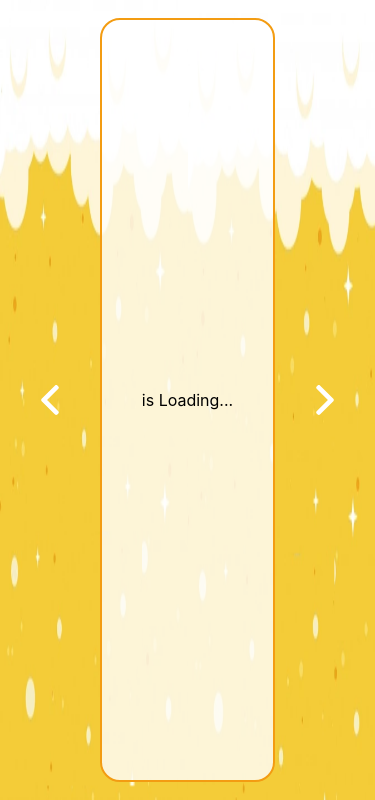
Repository: SebastianArmata22/Beer-app
Page: /
The author's editor kept a copy of each file at every save. The page is drawn from the files as they stood at one save, then again after the next save.
The browser window is 375 px wide. The pictures show the whole page.
The page's requests for data from a server got no answer. The project was rebuilt for these pictures with package versions that can differ from the ones it lists, and the page was loaded fresh each time. No one was signed in, and anything a server would have sent is missing. Also part of the build but not shown: src/Card.js.

Above is the page before, as saved 2021-01-05 23:00:43.

### src/App.js
import './App.css';
import Card from './Card.js'
import React from 'react'
import rigtArrow from'./right-arrow.svg'
import leftArrow from'./left-arrow.svg'


class App extends React.Component {

  constructor(props){
    super(props);
    this.state={
      isLoaded:false,
      data:[],
      isNext:true
    }
    this.counter=1
    this.nextBeer=this.nextBeer.bind(this)
    this.previousBeer=this.previousBeer.bind(this)
  }
  getUrl(){
   return `https://api.punkapi.com/v2/beers/${this.counter}`
  }
  getDateFromApi(url){
    fetch(url)
    .then(response=>response.json())
    .then(dataApi=>this.setState({
      isLoaded: true,
      data: dataApi}))
  }
  nextBeer(){
    this.setState({isLoaded: false})
    this.counter<325 && this.counter++
    this.getDateFromApi(this.getUrl())
    this.setState({isNext:true})
  }
 previousBeer(){
    this.setState({isLoaded: false})
    this.counter>1 && this.counter--
    this.getDateFromApi(this.getUrl());
    this.setState({isNext:false})
  }
  componentDidMount(){
    this.getDateFromApi(this.getUrl());
  }
  render(){
    return(
        <div className="app-container">
        <img className="svg-button" onClick={this.previousBeer} src={leftArrow} alt="previous" height='100px'/>
        {this.state.isLoaded ? <Card item={this.state.data} isNext={this.state.isNext} /> : <div className="card load-div">is Loading...</div>}
        <img className="svg-button" onClick={this.nextBeer} src={rigtArrow} alt="next" height='100px' />
        </div>

    )
  }
}

export default App;

### src/App.css
.app-container{
  width: 100%;
  min-height: 100vh;
  display: flex;
  justify-content: center;
  align-items: center;
}

.svg-button{
  cursor: pointer;
}

@media only screen and (max-width: 600px) {
  .svg-button{
    transform: scale(0.3);
  }

}

### src/Card.css
*{
    margin: 0;
    padding: 0;

}
body{
    background-image: url('./background.png');
    background-repeat: no-repeat;
    background-size: 100% 100%;
}
.card {
border: 2px solid #f39c12;
border-radius: 20px;
max-width: 700px;
display: flex;
flex-direction: column;
min-height: 90vh;
padding: 20px;
background-color: rgba(255, 255, 255,0.8);
}
.card h2{
    color: #f39c12;
}

.photo-beer{
    height: 50vh;
}
.photo-card{
    display: flex;
    align-items: center;
    flex-direction: column;

}

.load-div{
    display: flex;
     justify-content: center;
     align-items: center;
}

.text-card{
    position: relative;
    text-align: left;
}

@media only screen and (max-width: 600px) {
    .card{
        flex-grow: 4;
    }

}

Loaded but not shown: public/index.html (common file); src/index.js (common file); src/index.css (common file)

After the next save:
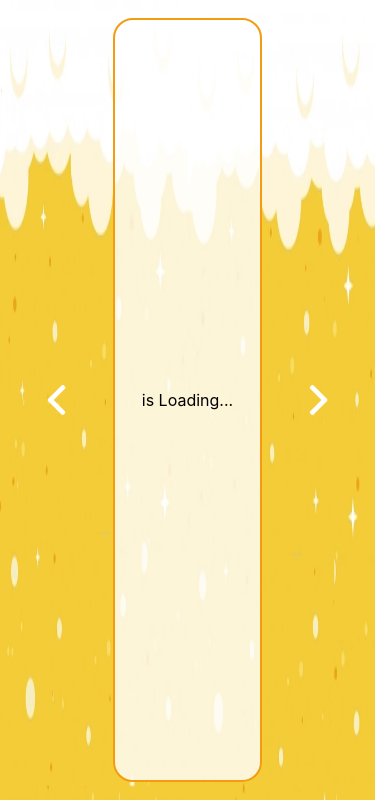
Saved 2 min 42 s later.
--- a/src/App.css
+++ b/src/App.css
@@ -13,6 +13,7 @@
 @media only screen and (max-width: 600px) {
   .svg-button{
     transform: scale(0.3);
+    flex-grow: 4;
   }
 
 }

After the save that followed:
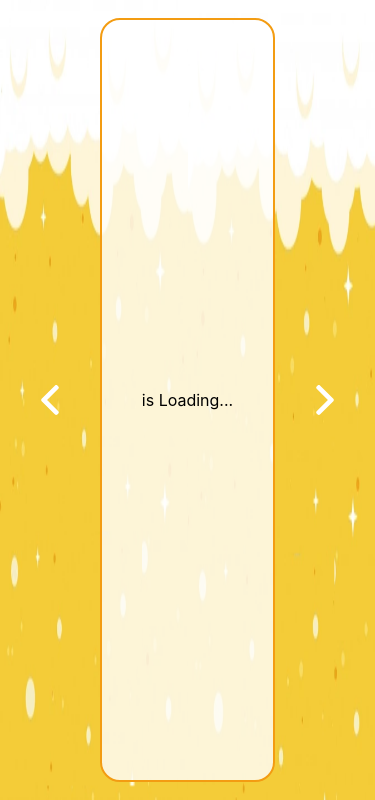
Saved 41 s later.
--- a/src/App.css
+++ b/src/App.css
@@ -13,7 +13,7 @@
 @media only screen and (max-width: 600px) {
   .svg-button{
     transform: scale(0.3);
-    flex-grow: 4;
+
   }
 
 }
